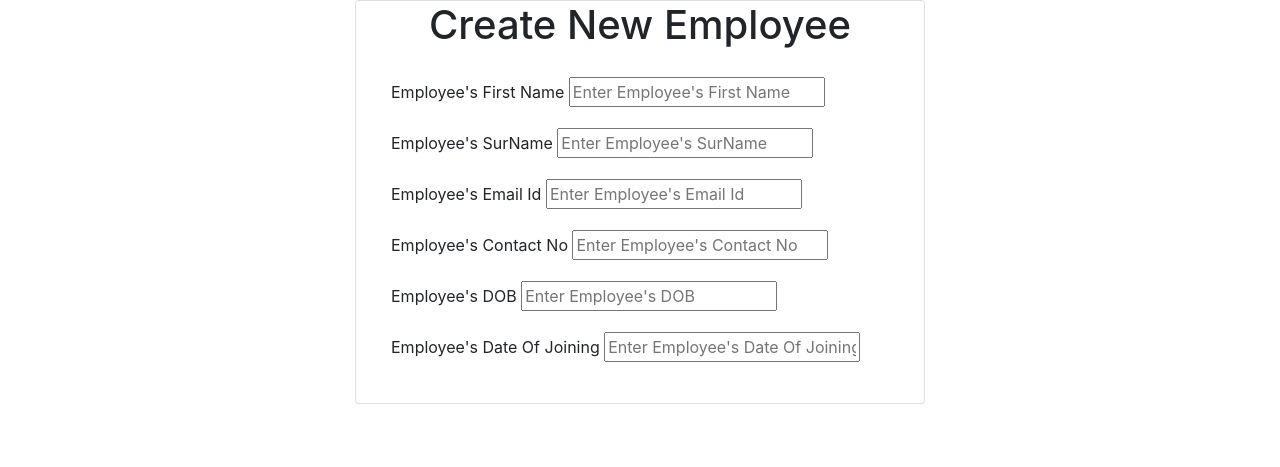
Repository: smrutiranjan-84/Assignment
Page: http://localhost/create_employee
The author's editor kept a copy of each file at every save. The page is drawn from the files as they stood at one save, then again after the next save.
The browser window is 1280 px wide. The pictures show the whole page.
The page is this project's Thymeleaf template; nobody is signed in. The template is opened directly, without the code that normally fills it, so the values that code supplies are empty.

Above is the page before, as saved 2022-01-19 06:51:59.

### EmployeeApplication/src/main/resources/templates/create_employee.html
<!DOCTYPE html>
<html xmlns:th="http://www.thymeleaf.org">
<head>
<meta charset="ISO-8859-1">
<title>Employee Management App</title>
<link rel="stylesheet" href="https://stackpath.bootstrapcdn.com/bootstrap/4.4.1/css/bootstrap.min.css"
integrity="sha384-Vkoo8x4CGsO3+Hhxv8T/Q5PaXtkKtu6ug5TOeNV6gBiFeWPGFN9MuhOf23Q9Ifjh"
crossorigin="anonymous">

</head>
<body>
               <div class= "container">
                          <div class= "row">
                <div class= "col-lg-6 col-md-6 col-sm-6 container justify-content-center card">
                    <h1 class= "text-center">Create New Employee</h1>
                        <div class= "card-body">
          <form th:action="@{/employees}" th:object= "${employee}" method="post">
                 <div class= "form-group">
                     <label> Employee's First Name</label>
                     <input
                         type= "text"
                         name= "firstName"
                         th:field= "firstName"
                         class= "form-center"
                         placeholder= "Enter Employee's First Name"/>
                   </div>
                <div class= "form-group">
                  <label> Employee's SurName</label>
                    <input
                      type = "text"
                      name = "surName"
                      th:field = "surName"
                      class = "form-center"
                      placeholder = "Enter Employee's SurName"/>
                 </div>
               <div class= "form-group">
               <label> Employee's Email Id</label>
               <input
                   type = "text"
                   name = "emailId"
                   th:field = "emailId"
                   class = "form-center"
                   placeholder = "Enter Employee's Email Id"/>
                </div>
                <div class= "form-group">
               <label> Employee's Contact No</label>
               <input
                   type = "text"
                   name = "contactNo"
                   th:field = "contactNo"
                   class = "form-center"
                   placeholder = "Enter Employee's Contact No"/>
                </div>
                <div class= "form-group">
               <label> Employee's DOB</label>
               <input
                   type = "text"
                   name = "dob"
                   th:field = "dob"
                   class = "form-center"
                   placeholder = "Enter Employee's DOB"/>
                </div>
                <div class= "form-group">
               <label> Employee's Date Of Joining</label>
               <input
                   type = "text"
                   name = "dateOfJoining"
                   th:field = "dateOfJoining"
                   class = "form-center"
                   placeholder = "Enter Employee's Date Of Joining"/>
                </div>







  </form>

  </div>


  </div>



  </div>


  </div>
</body>
</html>

After the next save:
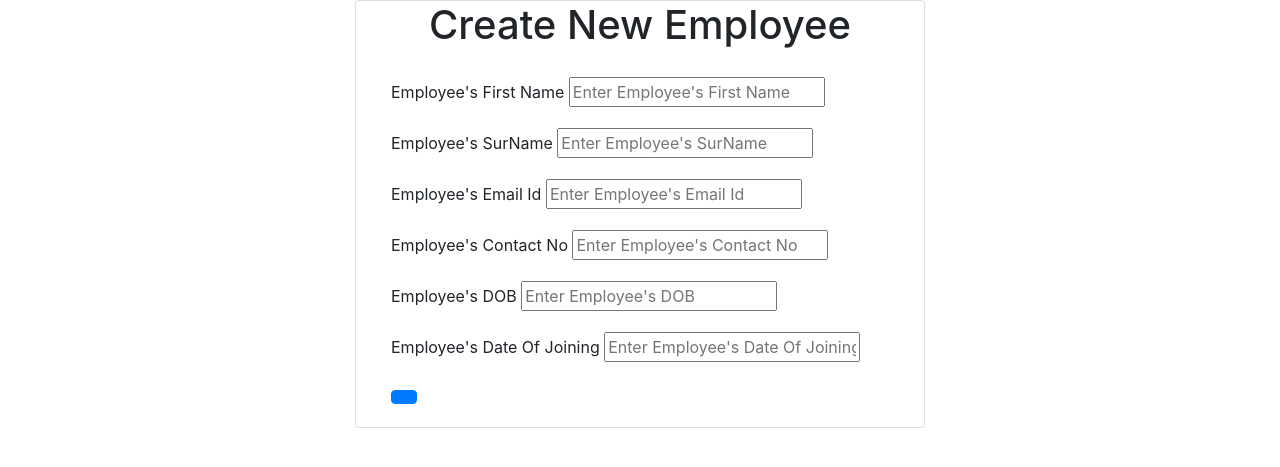
Saved 5 min 4 s later.
--- a/EmployeeApplication/src/main/resources/templates/create_employee.html
+++ b/EmployeeApplication/src/main/resources/templates/create_employee.html
@@ -69,6 +69,10 @@ crossorigin="anonymous">
                    class = "form-center"
                    placeholder = "Enter Employee's Date Of Joining"/>
                 </div>
+                <div class = "box-footer">
+                <button type = "submit" class = "btn btn-primary"></button>
+
+                </div>
 
 
 
